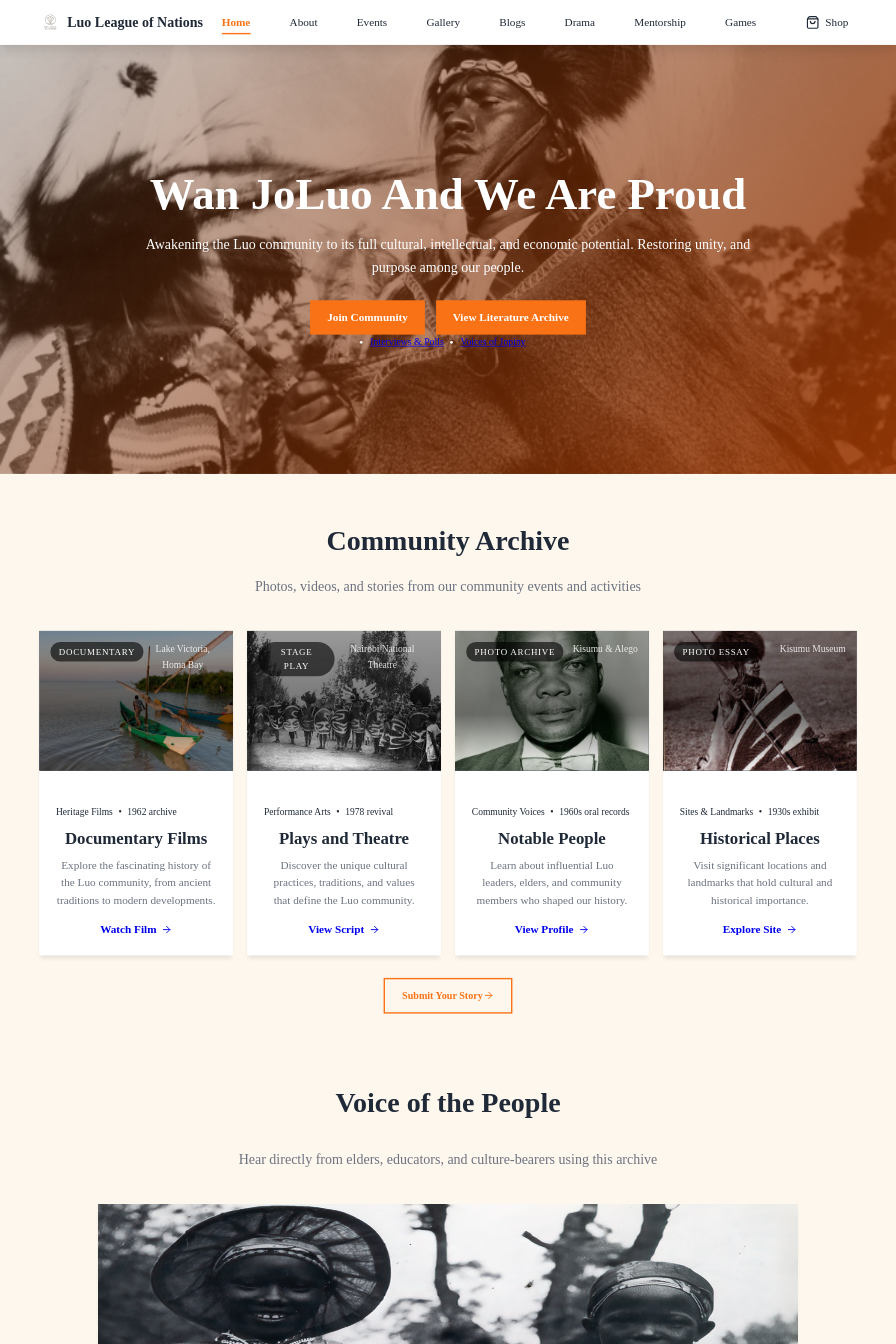
Repository: ianfranko/luo-community-history
Page: /
The author's editor kept a copy of each file at every save. The page is drawn from the files as they stood at one save, then again after the next save.
The browser window is 1280 px wide. The pictures show the part of the page from y = 0 to 1920 px (the page is 3965 px tall before and 4015 px after), at 70% of full size.
The project was rebuilt for these pictures with package versions that can differ from the ones it lists, and the page was loaded fresh each time. The framework's server and built-in components were replaced by stand-ins that run in the browser. Also part of the build but not shown: next.config.ts.

Above is the page before, as saved 2025-11-23 12:24:08.

### src/app/layout.tsx
import type { Metadata } from "next";
import { Geist, Geist_Mono } from "next/font/google";
import "./globals.css";
import Layout from "@/components/Layout";

const geistSans = Geist({
  variable: "--font-geist-sans",
  subsets: ["latin"],
});

const geistMono = Geist_Mono({
  variable: "--font-geist-mono",
  subsets: ["latin"],
});

export const metadata: Metadata = {
  title: "Luo League of Nations",
  description: "Preserving and sharing the rich cultural heritage and history of the Luo people",
  icons: {
    icon: "/LLNLOGO.svg",
    shortcut: "/LLNLOGO.svg",
    apple: "/LLNLOGO.svg",
  },
};

export default function RootLayout({
  children,
}: Readonly<{
  children: React.ReactNode;
}>) {
  return (
    <html lang="en">
      <body
        className={`${geistSans.variable} ${geistMono.variable} antialiased`}
      >
        <Layout>{children}</Layout>
      </body>
    </html>
  );
}

### src/app/page.tsx
'Use client';
import Image from 'next/image'
import Link from 'next/link'
import { ArrowRight } from 'lucide-react'

export default function Home() {
  const galleryItems = [
    {
      image: '/Fishermen-on-Lake-Victoria-in-Uganda.webp',
      title: 'Documentary Films',
      description: 'Explore the fascinating history of the Luo community, from ancient traditions to modern developments.',
      alt: 'Luo fishermen casting their nets on Lake Victoria at sunrise',
      category: 'Heritage Films',
      location: 'Lake Victoria, Homa Bay',
      year: '1962 archive',
      mediaType: 'Documentary',
      ctaLabel: 'Watch Film',
      href: '/Gallery'
    },
    {
      image: '/hero.jpeg',
      title: 'Plays and Theatre',
      description: 'Discover the unique cultural practices, traditions, and values that define the Luo community.',
      alt: 'Actors performing a traditional Luo play on stage',
      category: 'Performance Arts',
      location: 'Nairobi National Theatre',
      year: '1978 revival',
      mediaType: 'Stage Play',
      ctaLabel: 'View Script',
      href: '/culture'
    },
    {
      image: '/Kodhek Argwins.png',
      title: 'Notable People',
      description: 'Learn about influential Luo leaders, elders, and community members who shaped our history.',
      alt: 'Archival portrait of Argwings Kodhek',
      category: 'Community Voices',
      location: 'Kisumu & Alego',
      year: '1960s oral records',
      mediaType: 'Photo Archive',
      ctaLabel: 'View Profile',
      href: '/people'
    },
    {
      image: '/Guerrier_Luo.jpeg',
      title: 'Historical Places',
      description: 'Visit significant locations and landmarks that hold cultural and historical importance.',
      alt: 'Historic Luo warrior statue in Kisumu museum',
      category: 'Sites & Landmarks',
      location: 'Kisumu Museum',
      year: '1930s exhibit',
      mediaType: 'Photo Essay',
      ctaLabel: 'Explore Site',
      href: '/places'
    },

  ]

  const galleryThemes = ['All', ...new Set(galleryItems.map((item) => item.category))]

  const stats = [
    { number: '200+', label: 'Historical Articles' },
    { number: '100+', label: 'Cultural Stories' },
    { number: '20+', label: 'Documentaries' },
    { number: '25+', label: 'Historical Places' }
  ]

  const sectionLinks = [
    { href: '#gallery', label: 'Interviews & Polls' },
    { href: '#stories', label: 'Voices of Jopiny' },
  ]

  const valueProps = [
    {
      title: 'Archive Access',
      description: 'Digitised oral histories, ceremonies, and timelines ready to explore.',

    },
    {
      title: 'Community Voices',
      description: 'Stories curated with elders, scholars, and youth leaders.',

    },
    {
      title: 'Living Culture',
      description: 'Guides on language, music, crafts, and celebrations to keep traditions alive.',

    }
  ]

  const featuredStories = [
    {
      title: 'The Origins of Luo Migration',
      description: 'Explore the fascinating journey of the Luo people and their settlement patterns across East Africa.',
      href: '/culture',
      image: '/657152Ew0bLSIn.jpg',
      era: '15th Century',
      region: 'Lake Victoria Basin',
      format: 'Longform'
    },
    {
      title: 'Traditional Luo Ceremonies',
      description: 'Learn about the rich ceremonial traditions that mark important life events in Luo culture.',
      href: '/culture',
      image: '/Fishermen-on-Lake-Victoria-in-Uganda.webp',
      era: 'Generational',
      region: 'Siaya & Migori',
      format: 'Photo Essay'
    },
    {
      title: 'JoAlego',
      description: 'Discover the rich culture of the JoAlego, and their journey to their current settlement.',
      href: '/people',
      image: '/Kenia-Lake_Victoria-Fischer.webp',
      era: '20th Century',
      region: 'Alego-Kogelo',
      format: 'Audio + Transcript'
    }
  ]

  const testimonials = [
    {
      quote: 'This archive helped me trace my grandparents’ migration story and reconnect with relatives across the lake.',
      name: 'Pamela Auma',
      title: 'Community Historian, Oyugis'
    },
    {
      quote: 'Our learners finally have contemporary Luo heroes to study, not just footnotes in colonial texts.',
      name: 'Mr. Okoth',
      title: 'Teacher, Kisumu Day'
    },
    {
      quote: 'Recording my grandmother’s songs here means my children will always know their mother tongue.',
      name: 'Brian Oduor',
      title: 'Cultural Volunteer'
    }
  ]

  return (
    <>
      {/* Hero Section */}
     {/* Hero Section */}
<section className="hero py-24 text-white bg-cover bg-center">
  <div className="container mx-auto px-6">
    <div className="hero-content text-center max-w-3xl mx-auto">

      <h1 className="text-5xl font-bold mb-6 leading-tight">
        Wan JoLuo And We Are Proud
      </h1>

      <p className="text-xl mb-12 opacity-90">
        Awakening the Luo community to its full cultural, intellectual, and economic potential. Restoring unity, and purpose among our people.
      </p>

      {/* CTA Buttons */}
      <div className="flex flex-wrap justify-center gap-4">
        <Link href="/culture" className="btn btn-primary">
          Join Community
        </Link>

        <Link href="/Gallery" className="btn btn-primary">
          View Literature Archive
        </Link>
      </div>

      {/* Quick Section Navigation */}
      <nav className="mt-10">
        <ul className="flex flex-wrap justify-center gap-6 text-sm uppercase tracking-wider">
          {sectionLinks.map((link) => (
            <li key={link.href}>
              <a
                href={link.href}
                className="text-white/80 hover:text-white transition"
              >
                {link.label}
              </a>
            </li>
          ))}
        </ul>
      </nav>

    </div>
  </div>
</section>


      {/* Stats Section
      <section className="section bg-white" style={{ padding: '1rem 0' }}>
        <div className="container">
          <div className="stats-grid">
            {stats.map((stat, index) => (
              <div key={index} className="stat-item">
                <span className="stat-number">{stat.number}</span>
                <span className="stat-label">{stat.label}</span>
              </div>
            ))}
          </div>
        </div>
      </section>*/}



      {/* Gallery Section */}
      <section className="section" id="gallery">
        <div className="container">
          <h2 className="section-title">Community Archive</h2>
          <p className="section-subtitle">
            Photos, videos, and stories from our community events and activities
          </p>
          <div
            className="feature-grid"
            style={{
              gap: '1.25rem',
              gridTemplateColumns: 'repeat(auto-fit, minmax(220px, 1fr))'
            }}
          >
            {galleryItems.map((item, index) => (
              <article
                key={index}
                className="feature-card"
                style={{ padding: 0, overflow: 'hidden', maxWidth: '360px', margin: '0 auto' }}
              >
                <div
                  className="gallery-card-image"
                  style={{ position: 'relative', height: '200px', width: '100%' }}
                >
                  <Image
                    src={item.image}
                    alt={item.alt}
                    fill
                    sizes="(max-width: 768px) 100vw, (max-width: 1200px) 50vw, 33vw"
                    priority={index === 0}
                    style={{ objectFit: 'cover' }}
                  />
                  <div
                    style={{
                      position: 'absolute',
                      inset: 0,
                      display: 'flex',
                      justifyContent: 'space-between',
                      alignItems: 'flex-start',
                      padding: '1rem',
                      background:
                        'linear-gradient(180deg, rgba(0,0,0,0.4) 0%, rgba(0,0,0,0.55) 60%, rgba(0,0,0,0) 100%)'
                    }}
                  >
                    <span
                      style={{
                        padding: '0.25rem 0.75rem',
                        borderRadius: '999px',
                        backgroundColor: 'rgba(0,0,0,0.6)',
                        color: 'white',
                        fontSize: '0.8rem',
                        textTransform: 'uppercase',
                        letterSpacing: '0.08em'
                      }}
                    >
                      {item.mediaType}
                    </span>
                    <span style={{ color: 'rgba(255,255,255,0.85)', fontSize: '0.85rem' }}>
                      {item.location}
                    </span>
                  </div>
                </div>
                <div style={{ padding: '1.5rem' }}>
                  <div
                    style={{
                      display: 'flex',
                      flexWrap: 'wrap',
                      gap: '0.5rem',
                      fontSize: '0.85rem',
                      color: 'var(--muted)',
                      marginBottom: '0.5rem'
                    }}
                  >
                    <span>{item.category}</span>
                    <span>•</span>
                    <span>{item.year}</span>
                  </div>
                  <h3 className="feature-title" style={{ marginBottom: '0.35rem' }}>
                    {item.title}
                  </h3>
                  <p className="feature-description" style={{ marginBottom: '1rem' }}>
                    {item.description}
                  </p>
                  <Link
                    href={item.href}
                    className="btn btn-link"
                    style={{
                      display: 'inline-flex',
                      alignItems: 'center',
                      gap: '0.4rem',
                      padding: 0,
                      fontWeight: 600
                    }}
                    aria-label={`${item.ctaLabel} for ${item.title}`}
                  >
                    {item.ctaLabel}
                    <ArrowRight size={16} />
                  </Link>
                </div>
              </article>
            ))}
          </div>
          <div
            style={{
              marginTop: '2rem',
              display: 'flex',
              justifyContent: 'center',
              width: '100%'
            }}
          >
            <Link href="/Gallery" className="btn btn-outline" style={{ fontSize: '0.9rem' }}>
              Submit Your Story
              <ArrowRight size={16} />
            </Link>
          </div>
        </div>
      </section>

      <section id="voices"
  className="h-[80vh] flex flex-col items-center justify-start overflow-hidden pt-6"
>
  <div className="container py-4 max-w-6xl mx-auto flex flex-col h-full">

    {/* Title */}
    <h2 className="section-title py-4 text-center mb-1">Voice of the People</h2>

    {/* Subtitle */}
    <p className="section-subtitle text-center mb-4">
      Hear directly from elders, educators, and culture-bearers using this archive
    </p>

    {/* IMAGE (fixed height, always fits) */}
    <div className="flex justify-center max-h-[2vh] mb-4">
  <Image
    src="/luo_03.jpg"
    alt="Community Archive"
    width={1000}
    height={500}
    className="object-cover w-full max-w-2xl h-[80px] shadow"/>
</div>

    {/* TESTIMONIALS — auto-fill remaining space */}
    <div className="grid grid-cols-1 md:grid-cols-3 gap-4 flex-grow overflow-hidden">
      {testimonials.map((voice) => (
        <blockquote key={voice.name} className="testimonial-card overflow-hidden p-4">
          <p className="testimonial-quote text-sm">
            “{voice.quote}”
          </p>
          <div className="testimonial-author mt-2">
            <span className="author-name font-semibold">{voice.name}</span>
            <br />
            <span className="author-title text-xs">{voice.title}</span>
          </div>
        </blockquote>
      ))}
    </div>
  </div>
</section>
      {/* Featured Content Section */}
      <section className="section bg-white" id="stories">
        <div className="container">
          <h2 className="section-title">Featured Stories</h2>
          <p className="section-subtitle">
            Discover the most popular and recent additions to our community archive
          </p>

          <div className="grid grid-cols-1 md:grid-cols-3 gap-6">
            {featuredStories.map((story) => (
              <div className="card" key={story.title}>
                <div
                  style={{
                    position: 'relative',
                    height: '200px',
                    width: '100%',
                    borderRadius: '12px 12px 0 0',
                    overflow: 'hidden'
                  }}
                >
                  <Image
                    src={story.image}
                    alt={story.title}
                    fill
                    sizes="(max-width: 768px) 100vw, (max-width: 1200px) 50vw, 33vw"
                    style={{ objectFit: 'cover' }}
                  />
                  <div
                    style={{
                      position: 'absolute',
                      inset: 0,
                      background:
                        'linear-gradient(180deg, rgba(0,0,0,0.35) 0%, rgba(0,0,0,0.6) 100%)',
                      display: 'flex',
                      alignItems: 'flex-end',
                      justifyContent: 'flex-start',
                      padding: '1rem'
                    }}
                  >
                    <span style={{ color: 'white', fontSize: '0.85rem', letterSpacing: '0.08em' }}>{story.format}</span>
                  </div>
                </div>
                <div className="card-body">
                  <div style={{ display: 'flex', gap: '0.5rem', flexWrap: 'wrap', fontSize: '0.85rem', color: 'var(--muted)' }}>
                    <span>{story.era}</span>
                    <span>•</span>
                    <span>{story.region}</span>
                  </div>
                  <h3 className="card-title" style={{ marginTop: '0.5rem' }}>{story.title}</h3>
                  <p className="card-text">{story.description}</p>
                  <Link href={story.href} className="btn btn-primary" style={{ marginTop: '1rem' }}>
                    Read More
                    <ArrowRight size={16} />
                  </Link>
                </div>
              </div>
            ))}
          </div>
        </div>
      </section>

      {/* Call to Action Section */}
      <section className="section bg-gradient" style={{ color: 'white' }}>
        <div
          className="container"
          style={{
            display: 'grid',
            gap: '2rem',
            gridTemplateColumns: 'repeat(auto-fit, minmax(280px, 1fr))',
            alignItems: 'center'
          }}
        >
          <div>
            <p
              className="eyebrow"
              style={{
                color: 'rgba(255,255,255,0.85)',
                letterSpacing: '0.12em',
                textAlign: 'left'
              }}
            >
              Community Call
            </p>
            <h2 className="section-title" style={{ color: 'white', textAlign: 'left' }}>
              Be Part of Our Story
            </h2>
            <p
              className="section-subtitle"
              style={{
                color: 'rgba(255, 255, 255, 0.9)',
                textAlign: 'left',
                marginLeft: 0,
                marginRight: 0
              }}
            >
              Your support powers oral-history digitization, artifact curation, and hands-on workshops that keep Luo heritage accessible.
            </p>
            <div
              style={{
                display: 'flex',
                gap: '1rem',
                flexWrap: 'wrap',
                marginTop: '1.5rem'
              }}
            >
              <Link
                href="/culture"
                className="btn btn-primary"
                aria-label="Support Luo culture digitization"
                style={{ backgroundColor: 'white', color: '#111', borderColor: 'white' }}
              >
                Support Digitization
                <ArrowRight size={18} />
              </Link>
              <Link
                href="/about"
                className="btn btn-outline"
                aria-label="Learn more about our mission"
                style={{
                  borderColor: 'rgba(255,255,255,0.6)',
                  color: 'white',
                  backgroundColor: 'transparent'
                }}
              >
                Learn More
                <ArrowRight size={18} />
              </Link>
            </div>
            <span style={{ marginTop: '0.75rem', display: 'inline-block', color: 'rgba(255,255,255,0.85)' }}>
              Every contribution equips field teams with scanners, storage, and volunteer training.
            </span>
          </div>

          <div className="cta-card cta-card-gradient">
            <div className="cta-stat">4,200+</div>
            <p className="cta-label">Artifacts digitized with village archives</p>
            <p className="cta-body">Join 120+ volunteers safeguarding oral histories across Nyanza and beyond.</p>
          </div>
        </div>
      </section>
    </>
  )
}

Loaded but not shown: src/app/globals.css (928 lines, source omitted); src/components/Layout.tsx (231 lines, source omitted)

After the next save:
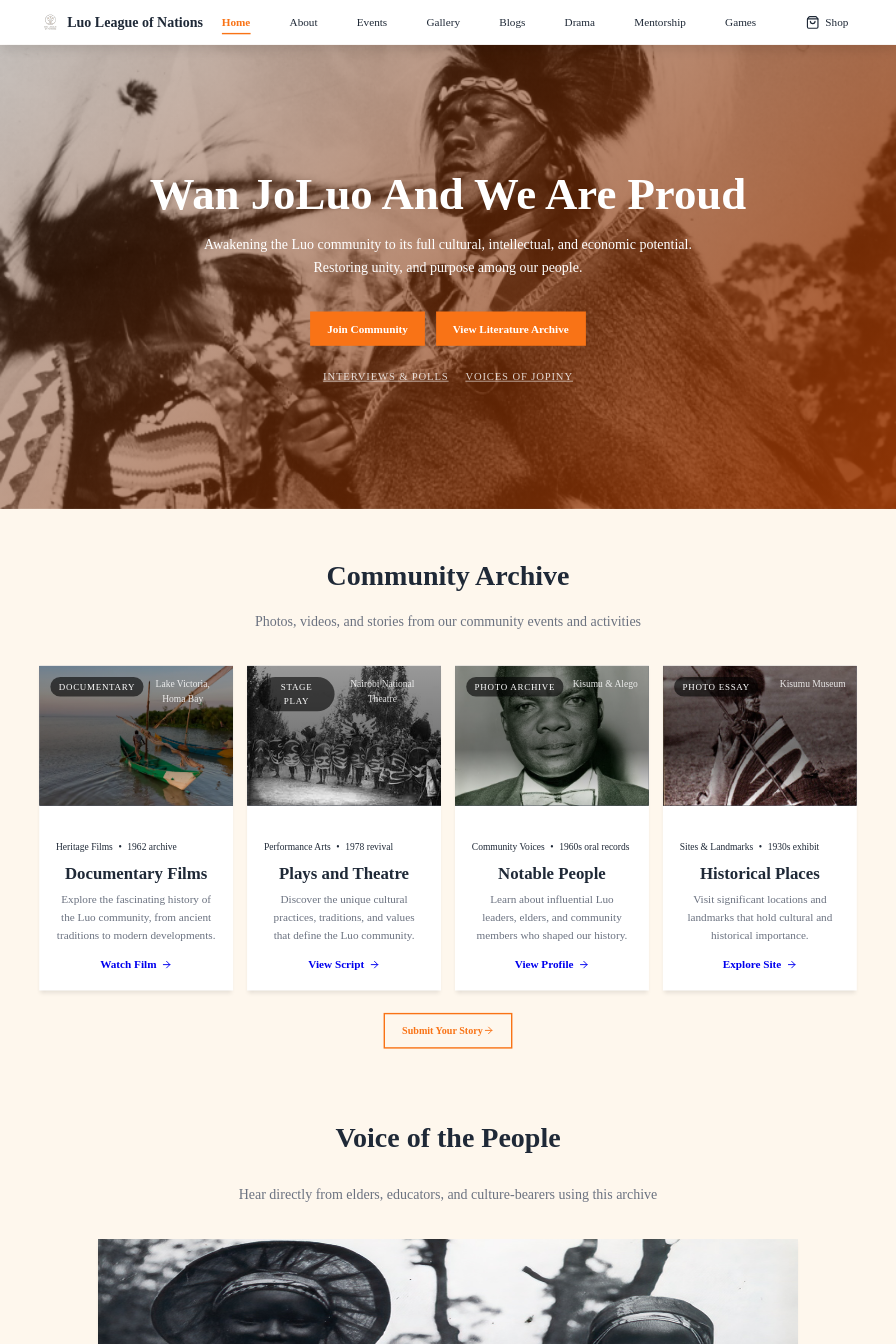
Saved 72 s later.
--- a/src/app/page.tsx
+++ b/src/app/page.tsx
@@ -139,50 +139,37 @@ export default function Home() {
   return (
     <>
       {/* Hero Section */}
-     {/* Hero Section */}
-<section className="hero py-24 text-white bg-cover bg-center">
-  <div className="container mx-auto px-6">
-    <div className="hero-content text-center max-w-3xl mx-auto">
-
-      <h1 className="text-5xl font-bold mb-6 leading-tight">
-        Wan JoLuo And We Are Proud
-      </h1>
-
-      <p className="text-xl mb-12 opacity-90">
-        Awakening the Luo community to its full cultural, intellectual, and economic potential. Restoring unity, and purpose among our people.
-      </p>
-
-      {/* CTA Buttons */}
-      <div className="flex flex-wrap justify-center gap-4">
-        <Link href="/culture" className="btn btn-primary">
-          Join Community
-        </Link>
-
-        <Link href="/Gallery" className="btn btn-primary">
-          View Literature Archive
-        </Link>
-      </div>
-
-      {/* Quick Section Navigation */}
-      <nav className="mt-10">
-        <ul className="flex flex-wrap justify-center gap-6 text-sm uppercase tracking-wider">
-          {sectionLinks.map((link) => (
-            <li key={link.href}>
-              <a
-                href={link.href}
-                className="text-white/80 hover:text-white transition"
-              >
-                {link.label}
-              </a>
-            </li>
-          ))}
-        </ul>
-      </nav>
-
-    </div>
-  </div>
-</section>
-
+      <section className="hero">
+        <div className="container">
+          <div className="hero-content text-center">
+            <h1 className="text-5xl font-bold mb-6">
+            Wan JoLuo And We Are Proud
+            </h1>
+            <p className="text-xl mb-8" style={{ maxWidth: '700px', margin: '0 auto 3rem' }}>
+            Awakening the Luo community to its full cultural, intellectual, and economic potential. Restoring unity, and purpose among our people.
+            </p>
+
+            {/* CTA Buttons */}
+            <div style={{ display: 'flex', gap: '1rem', justifyContent: 'center', flexWrap: 'wrap' }}>
+              <Link href="/culture" className="btn btn-primary">
+                Join Community
+              </Link>
+              <Link href="/Gallery" className="btn btn-primary">
+                View Literature Archive
+              </Link>
+            </div>
+            <nav style={{ marginTop: '2rem' }}>
+              <ul style={{ display: 'flex', gap: '1.5rem', justifyContent: 'center', flexWrap: 'wrap', fontSize: '0.95rem', textTransform: 'uppercase', letterSpacing: '0.08em', listStyle: 'none', padding: 0 }}>
+                {sectionLinks.map((link) => (
+                  <li key={link.href}>
+                    <a href={link.href} style={{ color: 'rgba(255,255,255,0.8)' }}>{link.label}</a>
+                  </li>
+                ))}
+              </ul>
+            </nav>
+          </div>
+        </div>
+      </section>
 
       {/* Stats Section
       <section className="section bg-white" style={{ padding: '1rem 0' }}>
